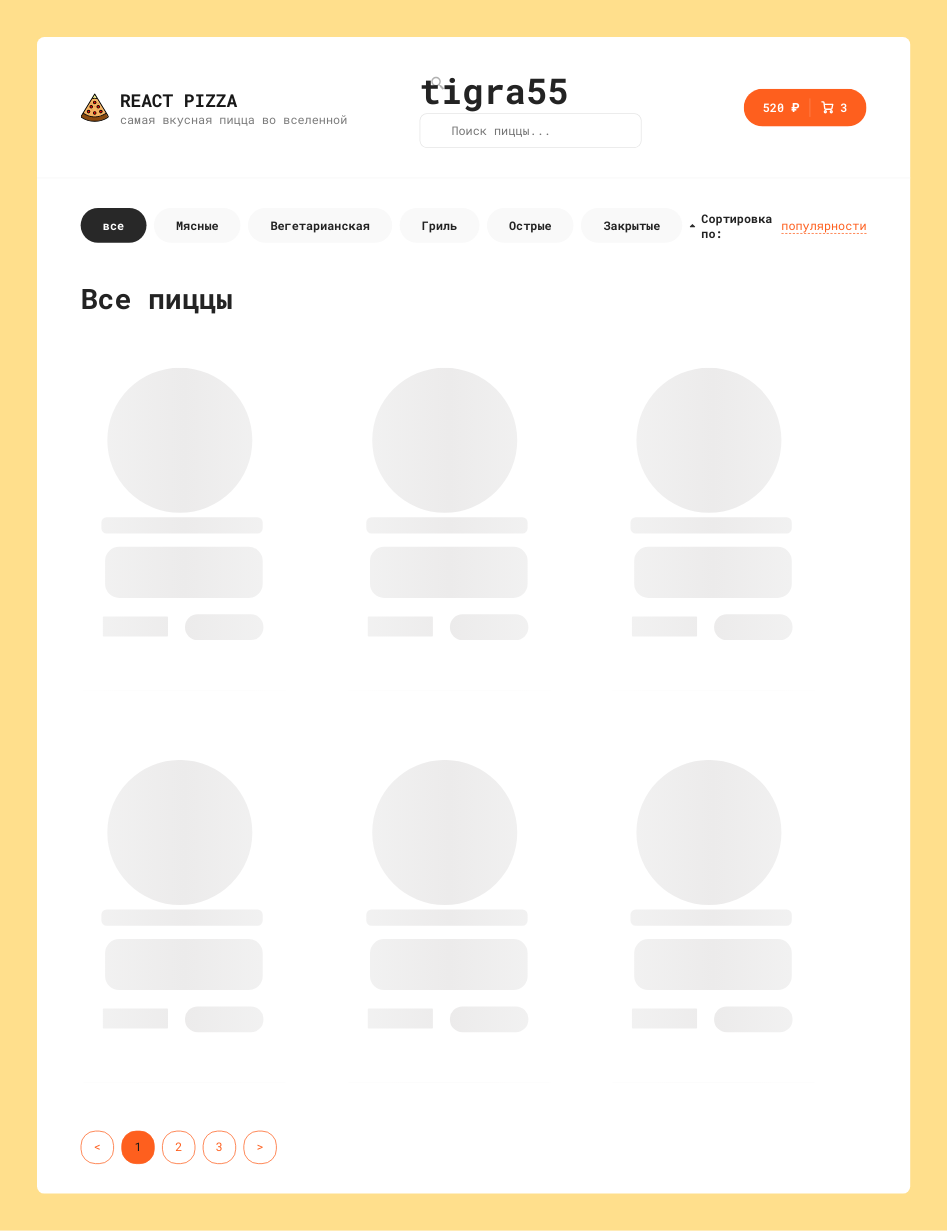
Repository: TI-IT/react-pizza2
Page: /
An editor plug-in stored every save of this project. The page is shown before and after the next save, followed by the edit.
The browser window is 1280 px wide. The pictures show the whole page, at 74% of full size.
The page's requests for data from a server got no answer. The project was rebuilt for these pictures with package versions that can differ from the ones it lists, and the page was loaded fresh each time. No one was signed in, and anything a server would have sent is missing. Also part of the build but not shown: src/components/PizzaBlock.jsx, src/pages/Cart.jsx, src/components/NotFoundBlock/NotFounBlock.module.scss, src/components/NotFoundBlock/index.jsx, src/pages/NotFound.tsx.

Above is the page before, as saved 2022-10-16 09:31:12.

After the next save:
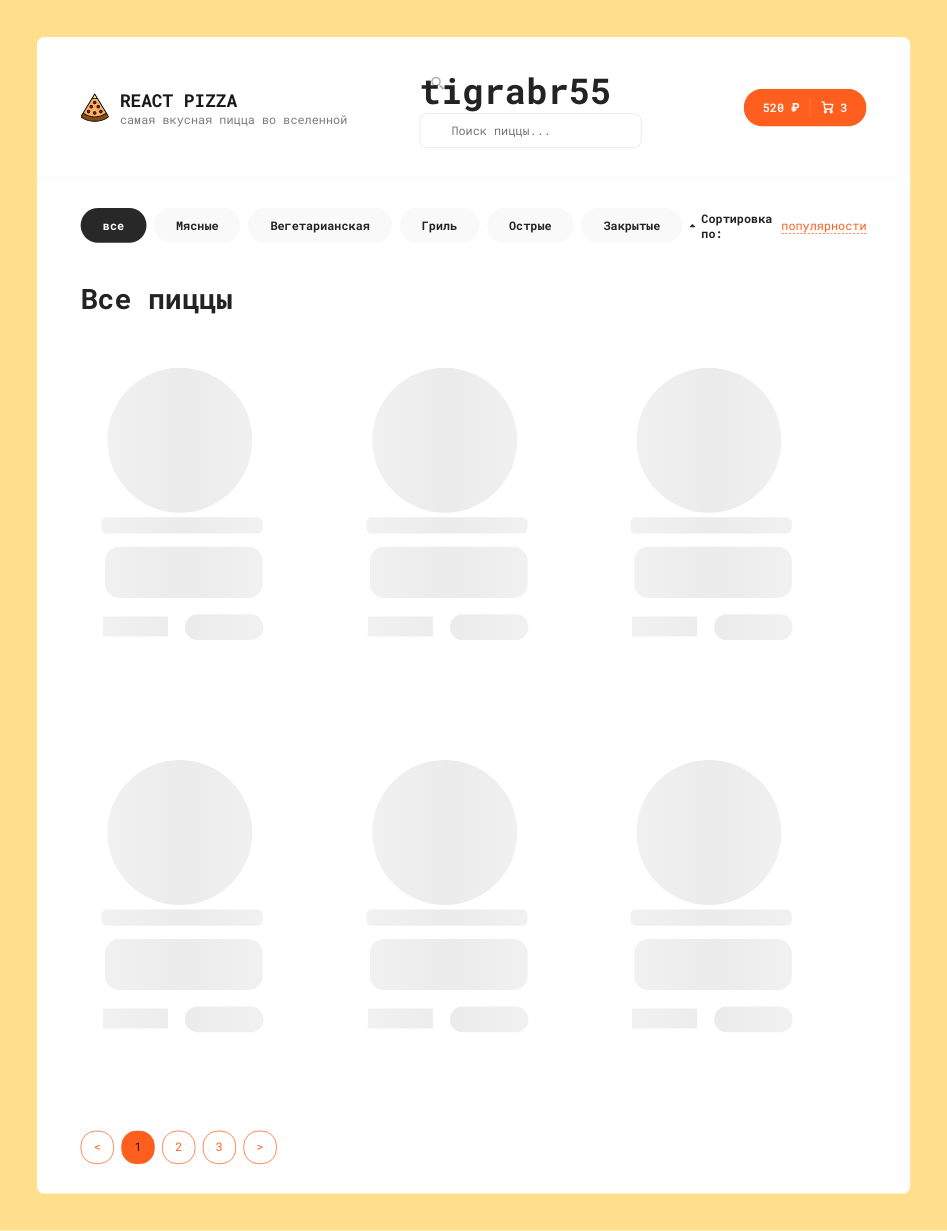
Saved 15 s later.
--- a/src/components/Search/index.jsx
+++ b/src/components/Search/index.jsx
@@ -7,7 +7,7 @@ const Search = () => {
   return (
     <div className={styles.root}>
       <h1>
-        {tt.name}
+        {tt.name}br
         {tt.id}
       </h1>
       <svg
